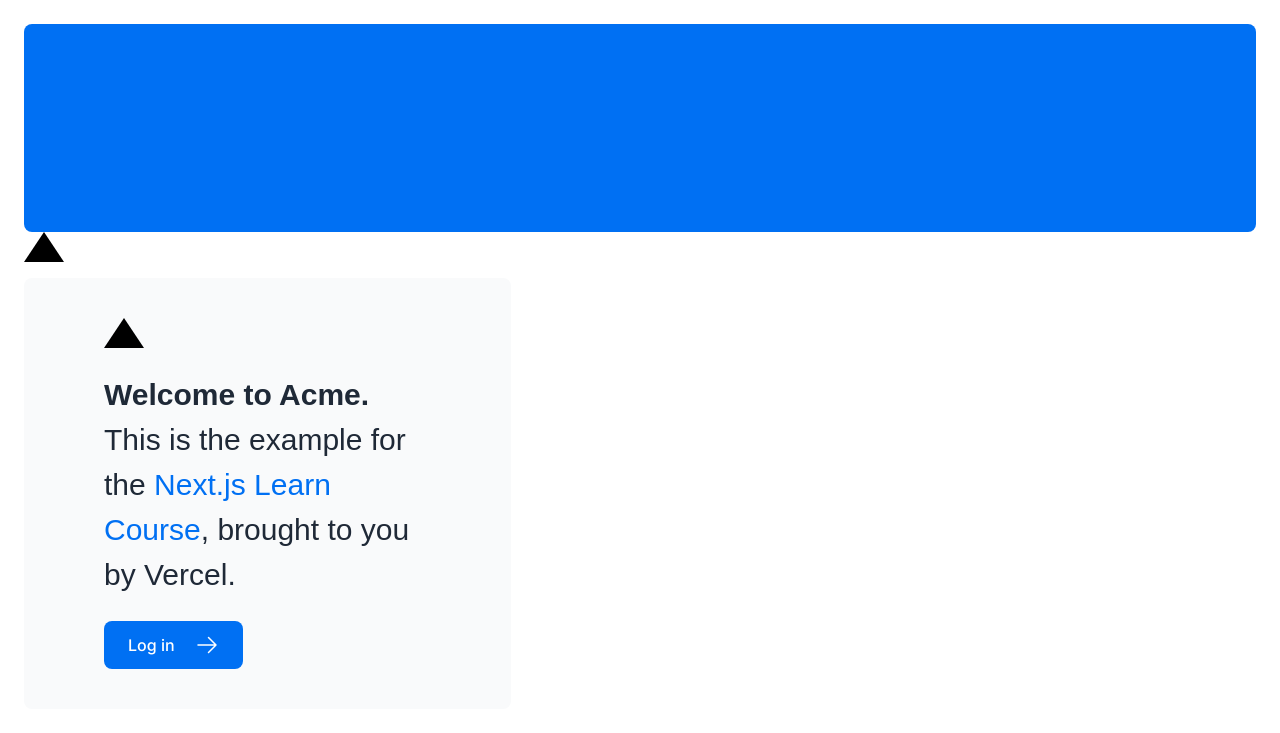
Repository: starsky886/nextjs-dashboard
Page: /
The author's editor kept a copy of each file at every save. The page is drawn from the files as they stood at one save, then again after the next save.
The browser window is 1280 px wide. The pictures show the whole page.
Some web fonts or font styles are not loaded; a fallback is used. The project was rebuilt for these pictures with package versions that can differ from the ones it lists, and the page was loaded fresh each time. The framework's server and built-in components were replaced by stand-ins that run in the browser. Also part of the build but not shown: next.config.js.

Above is the page before, as saved 2024-03-26 20:20:46.

### app/layout.tsx
import '@/app/ui/global.css'
import { inter } from '@/app/ui/fonts';
export default function RootLayout({
  children,
}: {
  children: React.ReactNode;
}) {
  return (
    <html lang="en">
      <body className={`${inter.className} antialiased`}>{children}
      </body>

    </html>
  );
}

### app/page.tsx
import AcmeLogo from '@/app/ui/acme-logo';
import { ArrowRightIcon } from '@heroicons/react/24/outline';
import Link from 'next/link';
import styles from '@/app/ui/home.module.css';
import { lusitana } from '@/app/ui/fonts';

export default function Page() {
  return (
    <main className="flex min-h-screen flex-col p-6">
      <div className="flex h-20 shrink-0 items-end rounded-lg bg-blue-500 p-4 md:h-52">
        {/* <AcmeLogo /> */}
      </div>
      <div className={styles.shape}></div>
      <div className="mt-4 flex grow flex-col gap-4 md:flex-row">
        <div className="flex flex-col justify-center gap-6 rounded-lg bg-gray-50 px-6 py-10 md:w-2/5 md:px-20">
          <p className="h-0 w-0 border-b-[30px] border-l-[20px] border-r-[20px] border-b-black border-l-transparent border-r-transparent"></p>
          <p className={`${lusitana.className} text-xl text-gray-800 md:text-3xl md:leading-normal`}>
            <strong>Welcome to Acme.</strong> This is the example for the{' '}
            <a href="https://nextjs.org/learn/" className="text-blue-500">
              Next.js Learn Course
            </a>
            , brought to you by Vercel.
          </p>
          <Link
            href="/login"
            className="flex items-center gap-5 self-start rounded-lg bg-blue-500 px-6 py-3 text-sm font-medium text-white transition-colors hover:bg-blue-400 md:text-base"
          >
            <span>Log in</span> <ArrowRightIcon className="w-5 md:w-6" />
          </Link>
        </div>
        <div className="flex items-center justify-center p-6 md:w-3/5 md:px-28 md:py-12">
          {/* Add Hero Images Here */}
        </div>
      </div>
    </main>
  );
}

Loaded but not shown: app/ui/global.css (common file); app/ui/fonts.ts (common file); app/ui/home.module.css (common file); tailwind.config.ts (common file); app/ui/acme-logo.tsx (common file)

After the next save:
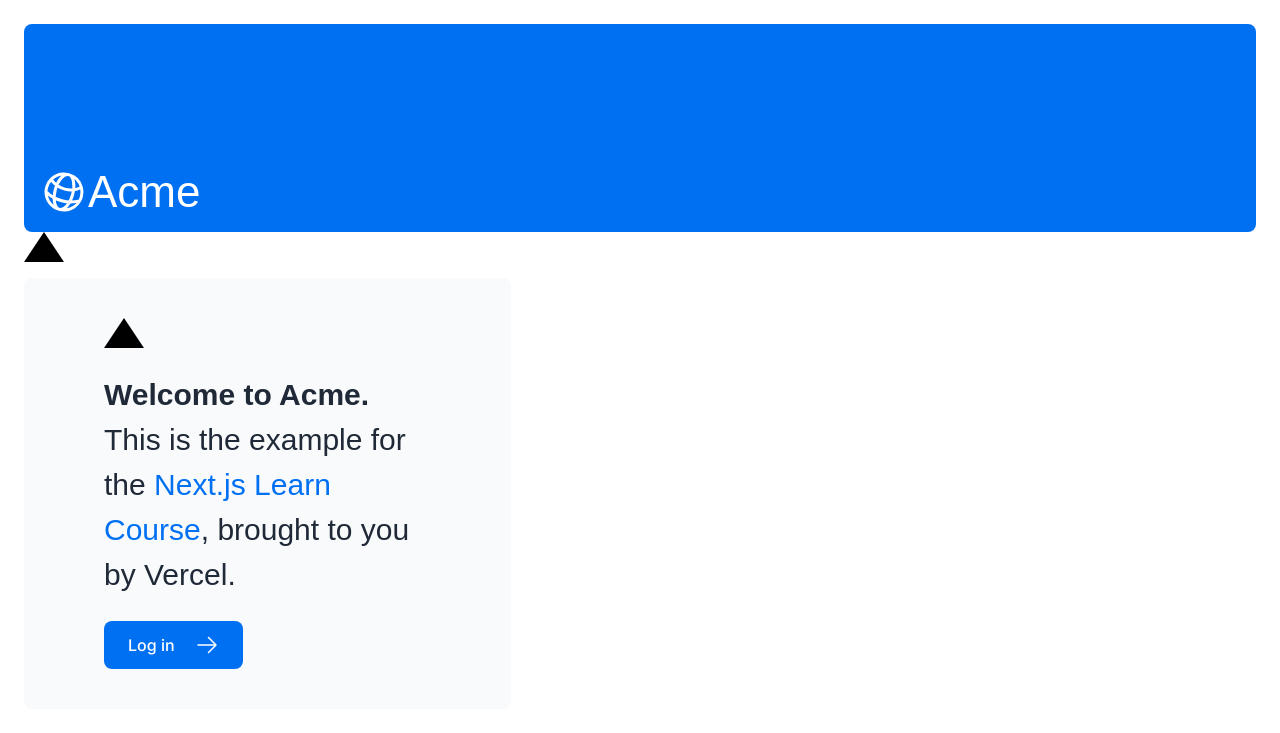
Saved 70 s later.
--- a/app/page.tsx
+++ b/app/page.tsx
@@ -8,7 +8,7 @@
   return (
     <main className="flex min-h-screen flex-col p-6">
       <div className="flex h-20 shrink-0 items-end rounded-lg bg-blue-500 p-4 md:h-52">
-        {/* <AcmeLogo /> */}
+        <AcmeLogo />
       </div>
       <div className={styles.shape}></div>
       <div className="mt-4 flex grow flex-col gap-4 md:flex-row">
